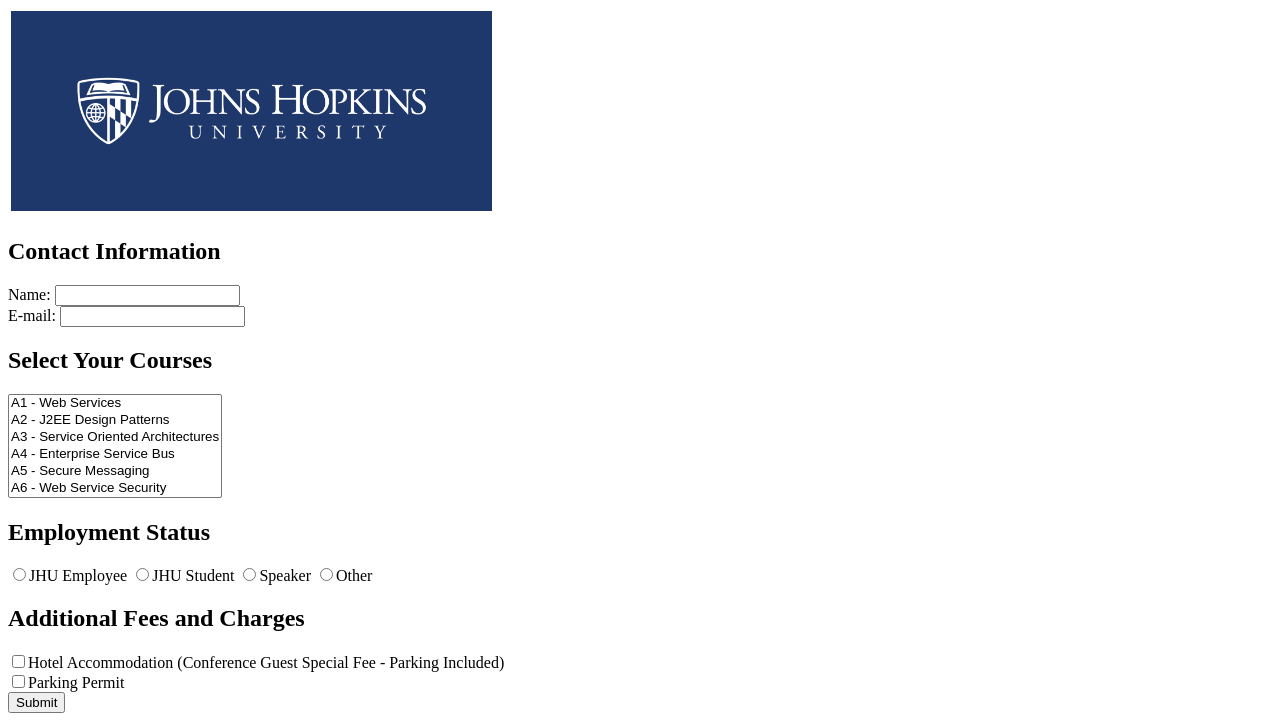
Repository: justinjwk/eclipse-workspace
Page: Homework2/WebContent/index.html
An editor plug-in stored every save of this project. The page is shown before and after the next save, followed by the edit.
The browser window is 1280 px wide. The pictures show the whole page.

Above is the page before, as saved 2019-06-12 02:40:01.

### Homework2/WebContent/index.html
<!DOCTYPE html>
<html>
<head>
<meta charset="UTF-8">
<title>JHU Annual Software Development Seminar</title>
</head>
<body>

<table>
<tr>
	<td><img src="jhu_logo.png" height=200></td>
</tr>


</table>
<form>
<section>
<h1>Contact Information</h1>
Name: <input type="name" name="name" required><br>
E-mail: <input type="email" name="email" required><br>
</section>

<section>
<h1>Select Your Courses</h1>
<select name="course" size="6" multiple required>
<option value="A1">A1 - Web Services</option>
<option value="A2">A2 - J2EE Design Patterns</option>
<option value="A3">A3 - Service Oriented Architectures</option>
<option value="A4">A4 - Enterprise Service Bus</option>
<option value="A5">A5 - Secure Messaging</option>
<option value="A6">A6 - Web Service Security</option>
</select>
</section>

<section>
<h1>Employment Status</h1>
<input type="radio" name="employmentstatus" value="employee" required>JHU Employee
<input type="radio" name="employmentstatus" value="student">JHU Student
<input type="radio" name="employmentstatus" value="speaker">Speaker
<input type="radio" name="employmentstatus" value="ohter">Other
</section>

<section>
<h1>Additional Fees and Charges</h1>
<input type="checkbox" name="hotel">Hotel Accommodation (Conference Guest Special Fee - Parking Included)<br>
<input type="checkbox" name="parking">Parking Permit
</section>

<input type="submit" value="Submit">
<input type="hidden" name="action" value="register">
</form>
</body>
</html>

After the next save:
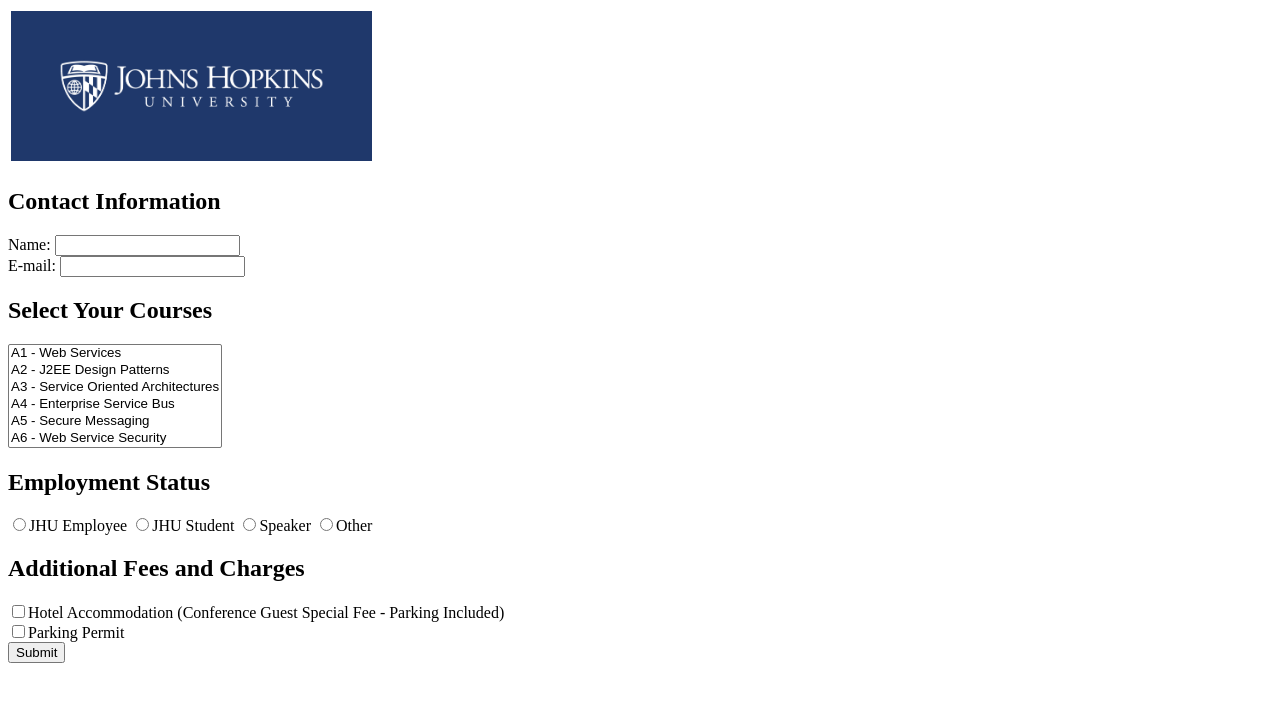
Saved 12 s later.
--- a/Homework2/WebContent/index.html
+++ b/Homework2/WebContent/index.html
@@ -8,7 +8,7 @@
 
 <table>
 <tr>
-	<td><img src="jhu_logo.png" height=200></td>
+	<td><img src="jhu_logo.png" height=150></td>
 </tr>
 
 
